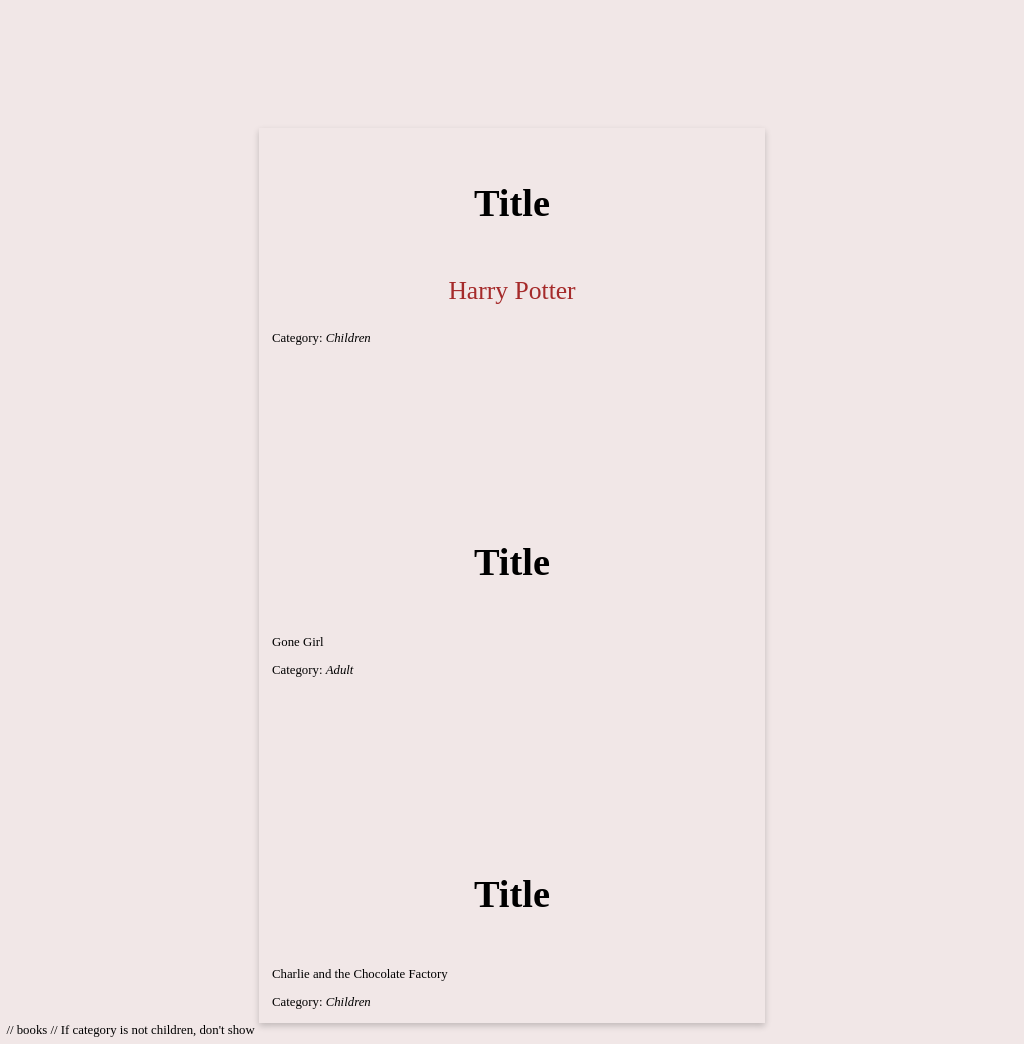
Repository: cyborgEneki/archangel-code-challenge
Page: index.html
These files come from the project's save history. The page is drawn as it stood at one moment and after a run of saves; the edit follows.
The browser window is 1280 px wide. The pictures show the whole page, at 80% of full size.
The style sheet was rebuilt from its Sass, Less or Tailwind sources for each picture, by a compiler version that may differ from the author's.

Above is the page before, as saved 2020-11-05 14:11:34.

### index.html
<!DOCTYPE html>
<html lang="en">

<head>
    <link rel="stylesheet" href="assets/css/styles.css">
</head>

<body>
    <div id="main"></div>
    <script src="bower_components/handlebars/handlebars.min.js"></script>
    <script src="bower_components/jquery/dist/jquery.min.js"></script>
    <script type="text/x-handlebars-template" id="template-script">
            <div class="card">
                <div class="card__container">
                    <h4 class="card__heading"><b>Title</b></h4>
                    <p class="card__title-text">Harry Potter</p>
                    <p class="card__category-text">Category: <i>Children</i></p>
                </div>
                <div class="card__container">
                    <h4 class="card__heading"><b>Title</b></h4>
                    <p class="card__text">Gone Girl</p>
                    <p class="card__category-text">Category: <i>Adult</i></p>
                </div>
                <div class="card__container">
                    <h4 class="card__heading"><b>Title</b></h4>
                    <p class="card__text">Charlie and the Chocolate Factory</p>
                    <p class="card__category-text">Category: <i>Children</i></p>
                </div>
            </div>
    </script>
    <script src="assets/js/books.js"></script>
    <script src="assets/js/index.js"></script>
</body>
</html>


                    <!-- <p class="card__text">{{compareEquality a b real makeBelieve}}!</p> -->

    // books
    // If category is not children, don't show

### assets/js/index.js
$(function () {
    Handlebars.registerHelper("compareEquality", function (a, b, real, makeBelieve) {
        if (a == b) {
            return real;
        } else {
            return makeBelieve;
        };
    });
    let template = $('#template-script').html(),
        compiled = Handlebars.compile(template),
        rendered = compiled({
            a: 1,
            b: 1,
            real: 'an oblate spheroid',
            makeBelieve: 'flat'
        });
    $('#main').html(rendered);
});

### scss/styles.scss
$peach: #f1e7e7;

body {
    background-color: $peach;
}

.card {
    box-shadow: 0 4px 8px 0 rgba(0, 0, 0, 0.2);
    transition: 0.3s;
    width: 50%;
    margin: 0 auto;

    &__container {
        padding: 2px 16px;
        margin-top: 10rem;
    }

    &__heading {
        font-size: 3rem;
        text-align: center;
    }

    &__title-text {
        text-align: center;
        font-size: 2rem;
        color: brown;
    }
}

Loaded but not shown: bower_components/handlebars/handlebars.min.js (library); bower_components/jquery/dist/jquery.min.js (library); assets/js/books.js (no stored copy; drawn as an empty file)

After the next 2 saves:
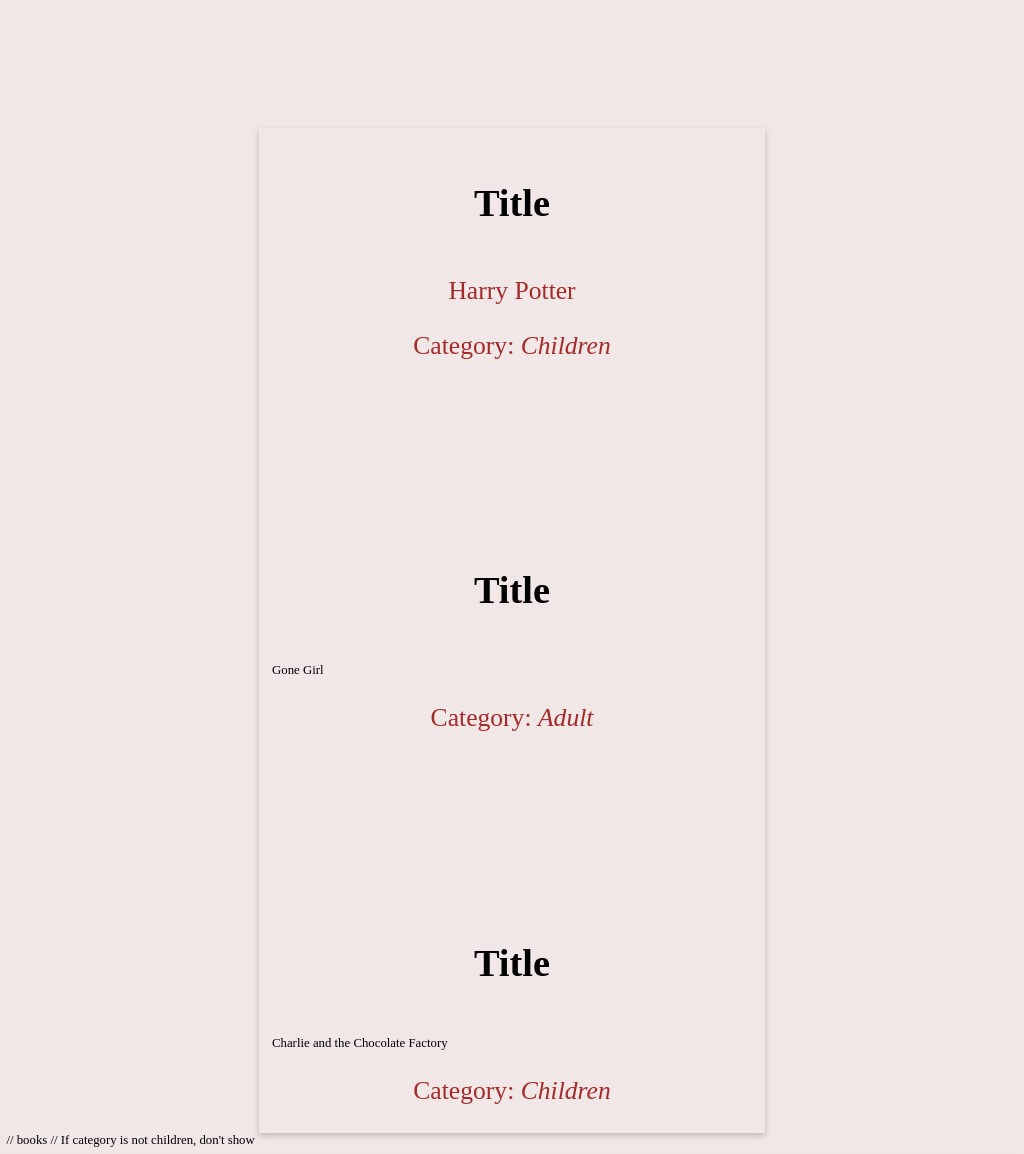
The 2 saves are shown as one change because they came seconds apart.
The last was saved 7 s later.
--- a/scss/styles.scss
+++ b/scss/styles.scss
@@ -25,4 +25,10 @@
         font-size: 2rem;
         color: brown;
     }
+
+    &__category-text {
+        text-align: center;
+        font-size: 2rem;
+        color: brown;
+    }
 }
